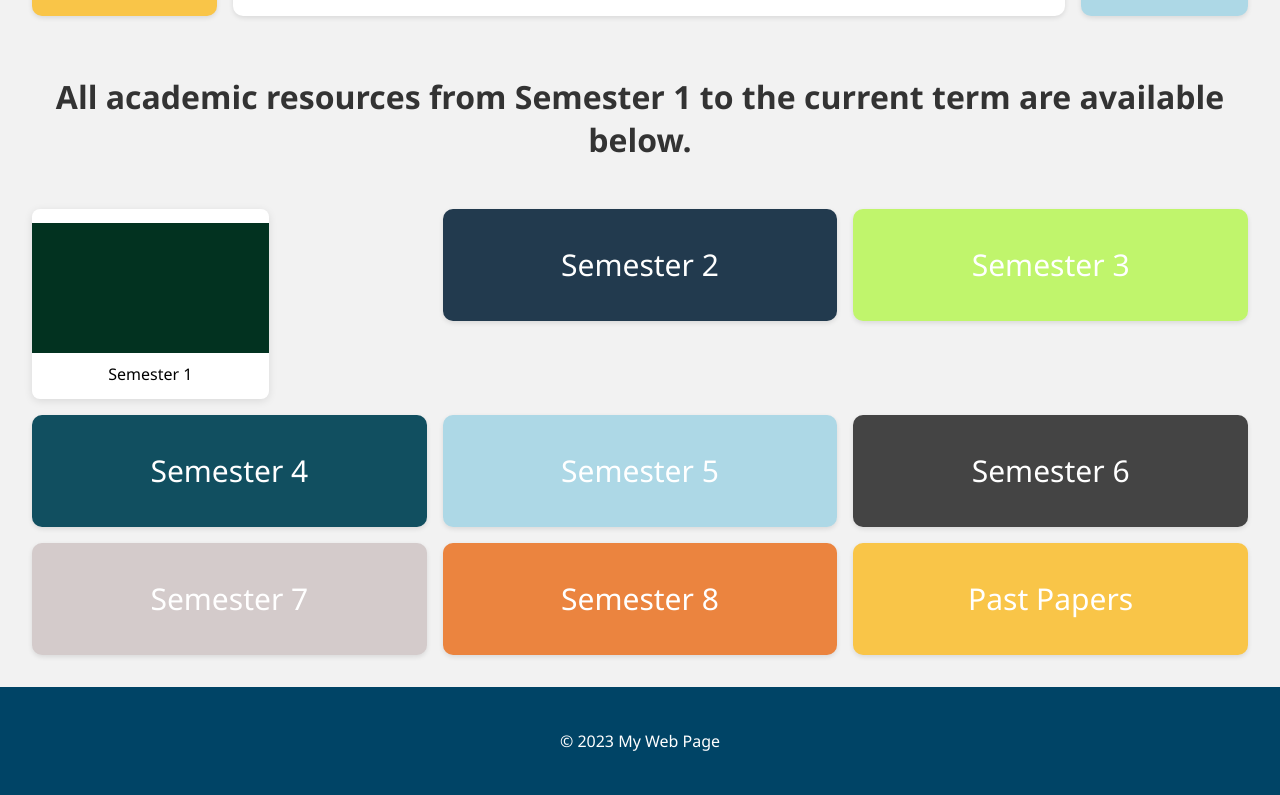
Repository: MariamSawera/eduNova
Page: index.html
These files come from the project's save history. The page is drawn as it stood at one moment and after a run of saves; the edit follows.
The browser window is 1280 px wide. The pictures show the part of the page from y = 1042 to 1837 px (the page is 1837 px tall before and 1833 px after).

Above is the page before, as saved 2025-07-24 00:37:52.

### index.html
<html>
  <head>
    <title>My Web Page</title>
    <meta charset="UTF-8" />
    <meta name="viewport" content="width=device-width, initial-scale=1.0" />
    <link rel="stylesheet" href="styles.css" />
    <script src="script.js"></script>
  </head>
  <body>
    <nav>
      <div class="logo">ClassHub</div>
      <ul>
        <li><a href="index.html">Home</a></li>
        <li><a href="#semester">Semesters</a></li>
        <li><a href="subjects.html">Subjects</a></li>
        <li><a href="books.html">Books</a></li>
        <li><a href="resources.html">Resources</a></li>
        <li><a href="assignments.html">Assignments</a></li>
        <li><a href="events.html">Events</a></li>
        <li><a href="contact.html">Contact</a></li>
        <!-- <li><a href="#">Announcements</a></li> -->
        <li><a href="login.html">Login</a></li>
      </ul>
    </nav>

    <!-- Hero Section -->
    <div class="hero">
      <h1 id="welcome">Hello, Guest 👋</h1>
      <input
        type="text"
        id="nameInput"
        placeholder="Enter your name"
        oninput="updateName()"
      />
    </div>

    <!-- Dashboard Section -->
    <div class="dashboard">
      <!-- Announcements -->
      <div class="card" style="background-color: #f9c548">
        <h3>📢 Announcements</h3>
        <ul>
          <li>Assignment Web development due 31 July</li>
          <li>Classes starting from 15 Aug</li>
          <li>Movie Day at University Oct 15</li>
        </ul>
      </div>

      <!-- Calendar -->
      <div class="card">
        <h3>📅 Calendar</h3>
        <p>All the events and updates have been marked in calender.</p>
        <iframe
          src="https://calendar.google.com/calendar/embed?src=onlinelearningrecordings%40gmail.com&ctz=Asia%2FKarachi"
          style="border: 0"
          width="800"
          height="600"
          frameborder="0"
          scrolling="no"
        ></iframe>
      </div>

      <!-- Online Users -->
      <div class="card" style="background-color: lightblue">
        <h3>🟢 Online Users</h3>
        <ul>
          <li>Mariam</li>
          <li>Sidra</li>
          <li>Alishba</li>
        </ul>
      </div>
    </div>

    <!-- Quick Material Access -->
    <h2 class="heading" id="semester">
      All academic resources from Semester 1 to the current term are available
      below.
    </h2>
    <div class="quick-links">
      <div class=" card-green" >
        <img src="./images/green.webp" alt="">
         <!-- style="background-color: #3ca172" -->
        <a href="semester1.html">Semester 1</a>
      </div>
      <div class="link-card" style="background-color: #223a4e">
        <a href="semester2.html"> Semester 2</a>
      </div>
      <div class="link-card" style="background-color: rgb(192, 245, 108)">
        <a href="semester3.html">Semester 3</a>
      </div>
      <div class="link-card" style="background-color: #114f60">
        <a href="semester4.html"> Semester 4</a>
      </div>
      <div class="link-card" style="background-color: lightblue">
        <a href="semester5.html"> Semester 5</a>
      </div>
      <div class="link-card" style="background-color: #444444">
        <a href="semester6.html">Semester 6</a>
      </div>
      <div class="link-card" style="background-color: #d4cbcb">
        <a href="semester7.html"> Semester 7</a>
      </div>
      <div class="link-card" style="background-color: #eb843f">
        <a href="semester8.html">Semester 8</a>
      </div>
      <div class="link-card" style="background-color: #f9c548">
        <a href=""> Past Papers</a>
      </div>
      <!-- <div class="link-card" style="background-color: #3CA172;"><a href="">🔗 Important Links</a></div> -->
    </div>
  </body>

  <footer class="footer">
    <p>&copy; 2023 My Web Page</p>
  </footer>
</html>

### styles.css
html {
  scroll-behavior: smooth;
}

body {
  margin: 0;
  font-family: "Segoe UI", sans-serif;
  background: #f2f2f2;
  /* background-color: #B3DDF0; */
}

nav {
  background-color: #004466;
  color: white;
  padding: 1rem;
  display: flex;
  justify-content: space-between;
  align-items: center;
}

nav .logo {
  font-size: 1.5rem;
  font-weight: bold;
}

a {
  text-decoration: none;
  color: inherit;
}

nav ul {
  list-style: none;
  display: flex;
  gap: 1rem;
}

nav ul li {
  display: inline;
}

nav ul li a {
  color: white;
  text-decoration: none;
}

.hero {
  /* background: linear-gradient(to right, #00aaff, #00ffcc); */
  background-image: url("./images/banner.jpg");
  background-position: center;
  color: white;
  padding: 2rem;
  text-align: center;
  height: 20vh;
}

.hero input {
  padding: 0.5rem;
  border: none;
  border-radius: 5px;
  margin-top: 1rem;
  width: 200px;
}

.dashboard {
  display: grid;
  grid-template-columns: 1fr 1fr 1fr;
  gap: 1rem;
  padding: 2rem;
}

.card {
  background: white;
  padding: 1rem;
  border-radius: 10px;
  box-shadow: 0 2px 5px rgba(0, 0, 0, 0.1);
}

.quick-links {
  padding: 2rem;
  display: grid;
  grid-template-columns: repeat(3, minmax(150px, 1fr));
  gap: 1rem;
}

.link-card {
  display: flex;
  justify-content: center;
  align-items: center;
  font-size: 30px;
  color: white;
}

.quick-links .link-card {
  background: white;
  text-align: center;
  padding: 1rem;
  border-radius: 10px;
  box-shadow: 0 2px 5px rgba(0, 0, 0, 0.1);
  height: 80px;
}





.card-green {
  background-color: white;
  border-radius: 8px;
  box-shadow: 0 2px 8px rgba(0,0,0,0.1);
  text-align: center;
  cursor: pointer;
  transition:  transform 0.2s;
  width: 60%;
  padding-bottom: 14px;
}

.card-green img{
  width: 100%;
  max-height: 130px;
  object-fit: cover;
  margin-bottom: 10px;
  margin-top: 14px;
}













.footer {
  background-color: #004466;
  display: flex;
  justify-content: center;
  align-items: center;
  color: white;
  height: 15vh;
}

.heading {
  color: #333;
  margin-bottom: 1rem;
  text-align: center;
  font-size: 2rem;
}

/* books.html */
.book-container {
  display: flex;
  justify-content: center;
  text-align: center;
  gap: 1rem;
  padding: 2rem;
  flex-wrap: wrap;
}

.book-card {
  background: white;
  width: 20%;
  padding: 1rem;
  border-radius: 8px;
  box-shadow: 0 2px 5px rgba(0, 0, 0, 0.1);
  text-align: center;
}

.book-card img {
  max-width: 100%;
  height: 40vh;
  border-radius: 5px;
  object-fit: cover;
}

.info {
  padding: 1rem;
  text-align: center;
}

.info h3 {
  margin: 0.5rem 0;
  font-size: 1.1rem;
  color: #222;
}

.info p {
  font-size: 0.9rem;
  color: #555;
}

.info a {
  display: inline-block;
  margin-top: 0.7rem;
  padding: 0.5rem 1rem;
  background: #0077cc;
  color: white;
  text-decoration: none;
  border-radius: 5px;
}

.info a:hover {
  background: #005fa3;
}

/* subjects.html */
.instructor-container {
  display: flex;
  justify-content: center;
  align-items: center;
  flex-wrap: wrap;
  gap: 2rem;
  margin: 30px;
}

.instructor-card {
  background-color: white;
  padding: 25px;
  /* margin: 12px; */
  display: inline-block;
  width: 20%;
  height: auto;
  flex-direction: column;
  align-items: center;
  text-align: center;
  border-radius: 30px;
  margin-bottom: 1rem;
  box-shadow: 0px 4px 10px rgba(0, 0, 0, 0.1);
}

.instructor-card img {
  border-radius: 50%;
  object-fit: cover;
}

.instructor-card h3 {
  margin: 8px 0;
}

.difficulty {
  font-size: 15px;
  font-weight: bold;
  color: black;
  background-color: rgb(214, 211, 0);
  padding: 4px 10px;
  border-radius: 5px;
  width: 40pxpx;
  display: inline-block;
}

.resources {
  margin-top: 10px;
}

.resources a {
  /* background-color: rgb(73, 73, 192);
  margin: 7px;
  color: white;
  padding: 6px 12px;
  border-radius: 10px;
  font-size: 15px;
  display: inline-block; */
  display: inline-block;
  margin-top: 0.7rem;
  padding: 0.5rem 1rem;
  background: #0077cc;
  color: white;
  text-decoration: none;
  border-radius: 5px;

}

.resources a:hover {
  background-color: blueviolet;
}

/* resources.html */

.resources-section {
  padding: 1.5rem 2rem;
  background-color: #f9f9f9;
  margin-bottom: 1rem;
}

.my-tips, .classmate-tips {
  padding: 1.5rem 2rem;
  background-color: #fff9e6;
  margin-bottom: 1rem;
}

/* testing */

.box{
  background-color: white;
  border-radius: 8px;
  padding: 15px;
  box-shadow: 0 2px 8px rgba(0,0,0,0.1);
  text-align: center;
  cursor: pointer;
  transition:  transform 0.2s;
  width: 30%;



}

.box img{
  width: 100%;
  max-height: 150px;
  object-fit: cover;
  margin-bottom: 10px;
}

.box p {
  font-size: 16px;
  color: #333;
}

.box:hover {
  transform: scale(1.05);
}

### script.js
function updateName() {
      const name = document.getElementById('nameInput').value;
      const welcome = document.getElementById('welcome');
      if(name.trim()) {
        welcome.textContent = `Hello, ${name}! 👋`;
      } else {
        welcome.textContent = `Hello, Guest 👋`;
      }
    }

After the next 2 saves:
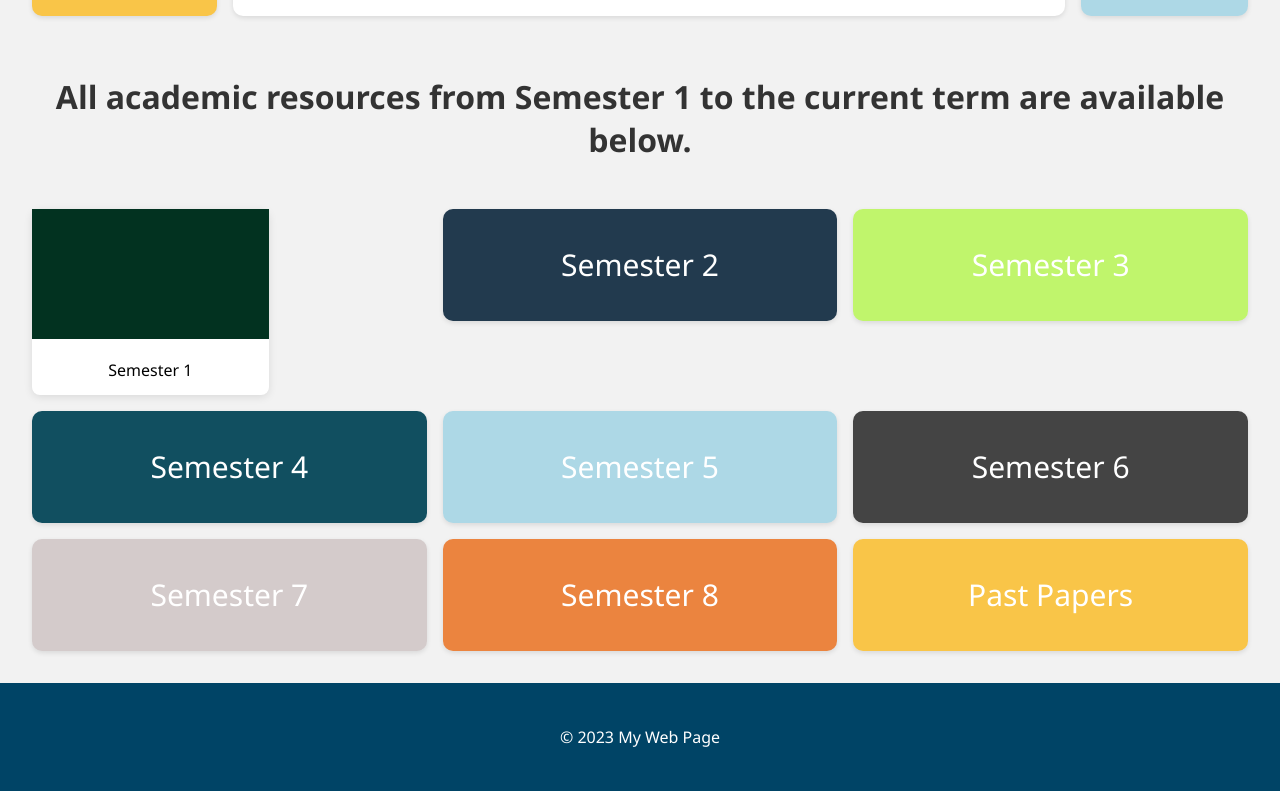
The 2 saves are shown as one change because they came seconds apart.
The last was saved 20 s later.
--- a/styles.css
+++ b/styles.css
@@ -118,8 +118,7 @@
   width: 100%;
   max-height: 130px;
   object-fit: cover;
-  margin-bottom: 10px;
-  margin-top: 14px;
+  margin-bottom: 20px;
 }
 
 
